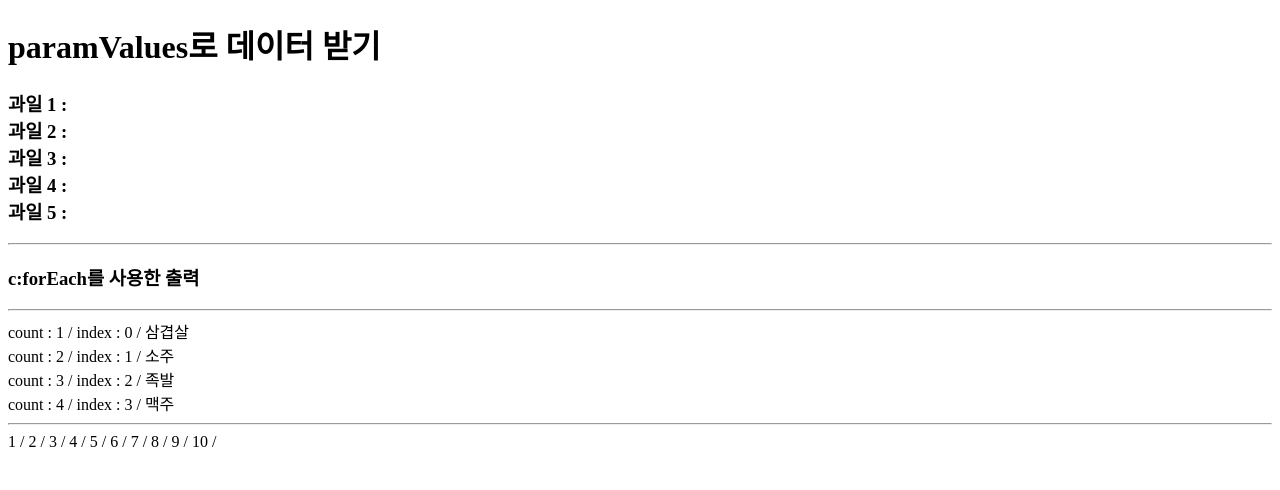
Repository: leechanggyu1118/JSTL_JAVA-WEB_-
Page: http://localhost/jstl_study/step-5.jsp
An editor plug-in stored every save of this project. The page is shown before and after the next save, followed by the edit.
The browser window is 1280 px wide. The pictures show the whole page.
The page is served by Tomcat 9.

Above is the page before, as saved 2024-04-11 04:06:19.

After the next save:
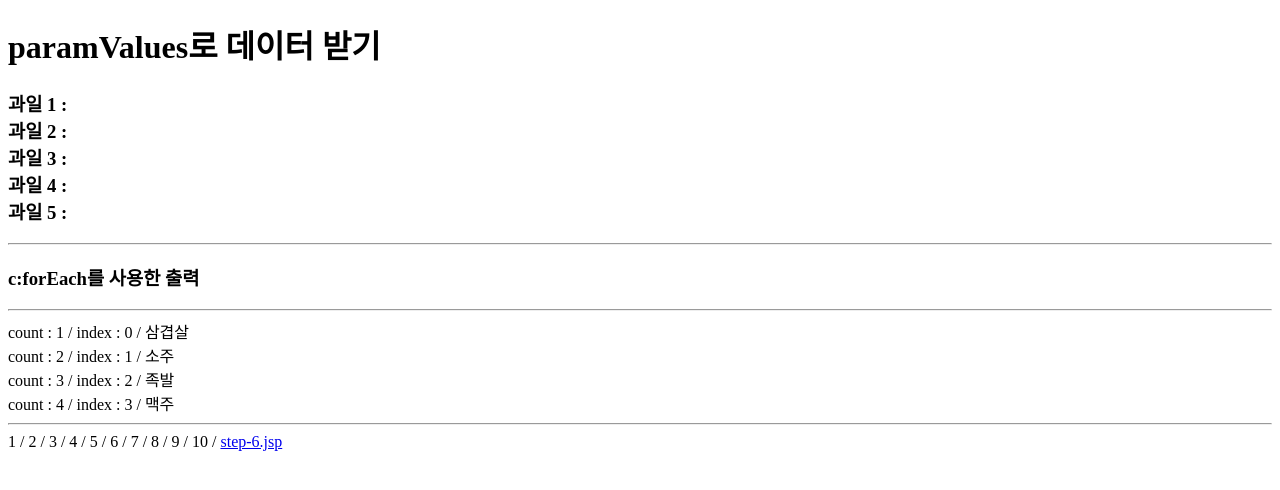
Saved 44 s later.
--- a/jstl_study/src/main/webapp/step-5.jsp
+++ b/jstl_study/src/main/webapp/step-5.jsp
@@ -45,6 +45,8 @@
 
 	</c:forEach>
 
+	<a href="step-6.jsp">step-6.jsp</a>
+
 
 
 
